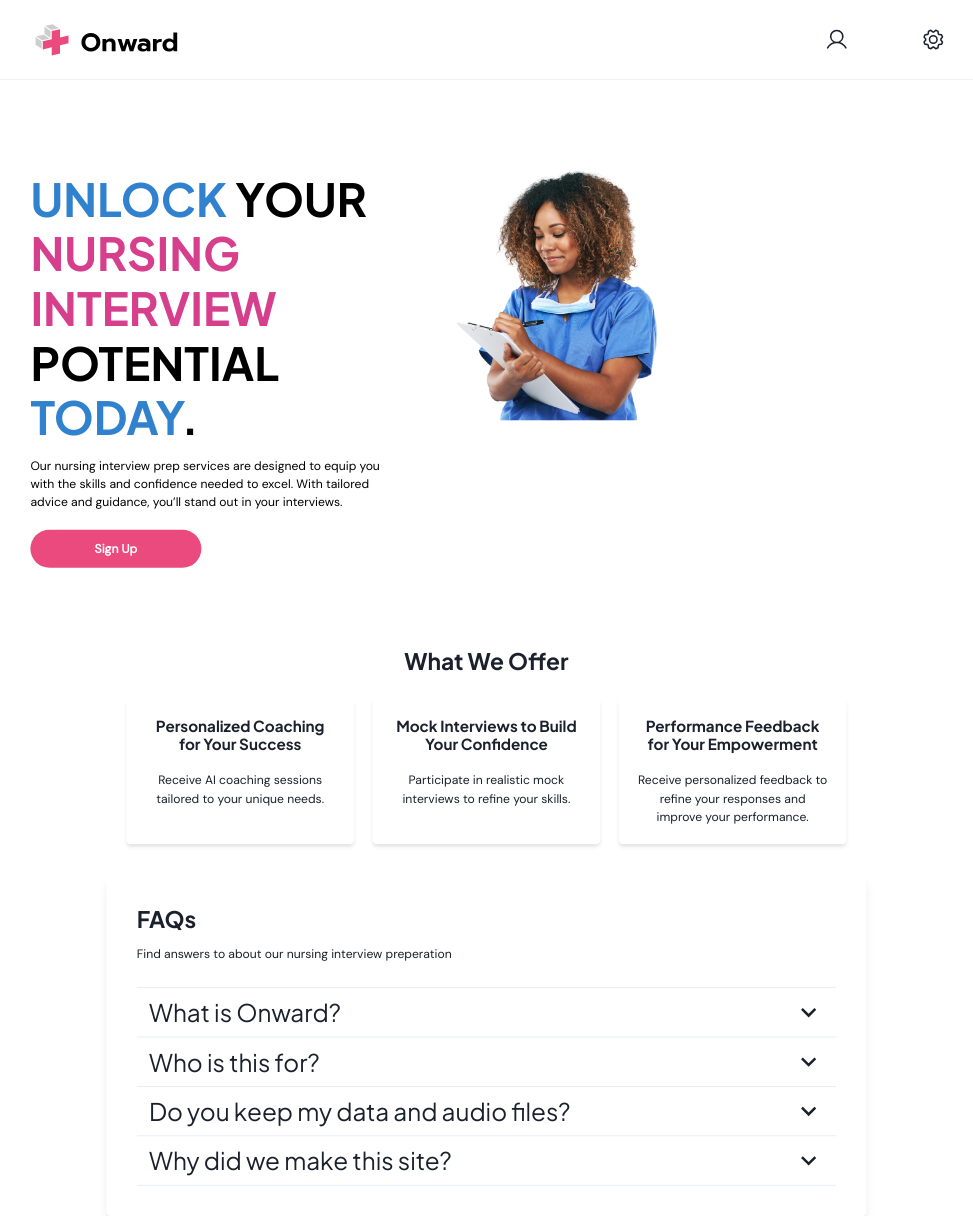
Repository: Aladdin3r/onward
Page: /landing-page
The author's editor kept a copy of each file at every save. The page is drawn from the files as they stood at one save, then again after a run of saves.
The browser window is 1280 px wide. The pictures show the whole page, at 76% of full size.
The project was rebuilt for these pictures with package versions that can differ from the ones it lists, and the page was loaded fresh each time. The framework's server and built-in components were replaced by stand-ins that run in the browser. Also part of the build but not shown: next.config.mjs, styles/components/AppTopNav.js, styles/components/Layout.js.

Above is the page before, as saved 2024-10-29 02:01:51.

### pages/_app.js
import { ChakraProvider } from "@chakra-ui/react";
import theme from "@/styles/theme";

function MyApp({ Component, pageProps }) {
  return (
    <ChakraProvider theme={theme}>
      <Component {...pageProps} />
    </ChakraProvider>
  );
}

export default MyApp;

### pages/_document.js
import { Html, Head, Main, NextScript } from "next/document";

export default function Document() {
  return (
    <Html lang="en">
      <Head>
        <link
          href="https://fonts.googleapis.com/css2?family=DM+Sans:wght@400&family=Plus+Jakarta+Sans:wght@400;600;700&display=swap"
          rel="stylesheet"
        />
      </Head>
      <body>
        <Main />
        <NextScript />
      </body>
    </Html>
  );
}

### pages/landing-page.js
import {
    Box,
    Flex,
    Heading,
    Text,
    Stack,
    Button,
    Accordion,
    AccordionItem,
    AccordionButton,
    AccordionPanel,
    AccordionIcon,
    Image
} from "@chakra-ui/react";
import Layout from "@/styles/components/Layout";
import TopNav from "@/styles/components/TopNav";
import AppTopNav from "@/styles/components/AppTopNav";
import { useRouter } from 'next/router';

export default function Home() {
    const router = useRouter();

    // Button action function
    const handleSignUp = () => {
        router.push('/signup'); // Navigate to the sign-up page
    };

    return (
        <>
            {/* Hero Section */}
            <TopNav />
            <Box color="black" p={10} textAlign="left" mt="20">

                <Flex>
                    <Heading fontFamily="heading" fontSize="6xl" fontWeight="bold" width="45%" mb={4}>
                        <Text as="span" color="blue.500">UNLOCK </Text>
                        <Text as="span" color="black">YOUR </Text>
                        <Text as="span" color="pink.500">NURSING INTERVIEW </Text>
                        <Text as="span" color="black">POTENTIAL </Text>
                        <Text as="span" color="blue.500">TODAY</Text>
                        <Text as="span" color="black">. </Text>
                    </Heading>

                    <Image
                        src="/images/nurse-img.png"
                        alt="IPad Nurse"
                        width="300px"
                        height="328px"
                        objectFit="cover"
                    />

                </Flex>




                <Text fontFamily="body" fontSize="x" color="black" mb={6} width="40%">
                    Our nursing interview prep services are designed to equip you with the skills and confidence needed to excel. With tailored advice and guidance, you’ll stand out in your interviews.
                </Text>
                <Button
                    mt="2"
                    bg="#EA4A7D"
                    color="#FFFFFF"
                    width="50%"
                    height="50px"
                    maxW="225px"
                    fontWeight="semibold"
                    fontSize="16px"
                    borderRadius="full"
                    px="6"
                    mb="6"
                >
                    Sign Up
                </Button>
            </Box>

            {/* What We Offer Section */}
            <Box p={10} textAlign="center" >
                <Heading fontFamily="heading" fontSize="3xl" mb={8}>What We Offer</Heading>
                <Flex justify="center" gap={6}>
                    <Stack width="300px" borderRadius="md" boxShadow="md" p={6} textAlign="center">
                        <Heading fontFamily="heading" fontSize="xl" mb={4}>Personalized Coaching for Your Success</Heading>
                        <Text fontFamily="body">
                            Receive AI coaching sessions tailored to your unique needs.
                        </Text>
                    </Stack>
                    <Stack width="300px" borderRadius="md" boxShadow="md" p={6} textAlign="center">
                        <Heading fontFamily="heading" fontSize="xl" mb={4}>Mock Interviews to Build Your Confidence</Heading>
                        <Text fontFamily="body">
                            Participate in realistic mock interviews to refine your skills.
                        </Text>
                    </Stack>
                    <Stack width="300px" borderRadius="md" boxShadow="md" p={6} textAlign="center">
                        <Heading fontFamily="heading" fontSize="xl" mb={4}>Performance Feedback for Your Empowerment</Heading>
                        <Text fontFamily="body">
                            Receive personalized feedback to refine your responses and improve your performance.
                        </Text>
                    </Stack>
                </Flex>
            </Box>

            {/* FAQ Section */}
            <Box p={10} borderRadius="md" boxShadow="lg" maxW="1000px" mx="auto">
                <Heading fontFamily="heading" fontSize="3xl" textAlign="left" mb={4}>FAQs</Heading>
                <Text fontFamily="body" fontSize="s" textAlign="left" mb={8}>
                    Find answers to about our nursing interview preperation
                </Text>
                <Accordion allowToggle>
                    <AccordionItem>
                        <h2>
                            <AccordionButton>
                                <Box as="span" flex="1" textAlign="left" fontFamily="heading">What is Onward?</Box>
                                <AccordionIcon />
                            </AccordionButton>
                        </h2>
                        <AccordionPanel pb={4} fontFamily="body">
                            Onward is an AI-powered personal interview coach designed for nurses to enhance their job interview skills.
                        </AccordionPanel>
                    </AccordionItem>
                    <AccordionItem>
                        <h2>
                            <AccordionButton>
                                <Box as="span" flex="1" textAlign="left" fontFamily="heading">Who is this for?</Box>
                                <AccordionIcon />
                            </AccordionButton>
                        </h2>
                        <AccordionPanel pb={4} fontFamily="body">
                            This service is designed for nurses, especially those new to the Canadian healthcare system.
                        </AccordionPanel>
                    </AccordionItem>
                    <AccordionItem>
                        <h2>
                            <AccordionButton>
                                <Box as="span" flex="1" textAlign="left" fontFamily="heading">Do you keep my data and audio files?</Box>
                                <AccordionIcon />
                            </AccordionButton>
                        </h2>
                        <AccordionPanel pb={4} fontFamily="body">
                            Yes, we securely store data as per our privacy policy to enhance your interview coaching experience.
                        </AccordionPanel>
                    </AccordionItem>
                    <AccordionItem>
                        <h2>
                            <AccordionButton>
                                <Box as="span" flex="1" textAlign="left" fontFamily="heading">Why did we make this site?</Box>
                                <AccordionIcon />
                            </AccordionButton>
                        </h2>
                        <AccordionPanel pb={4} fontFamily="body">
                            Onward aims to empower nurses by providing interview preparation tools tailored to their needs.
                        </AccordionPanel>
                    </AccordionItem>
                </Accordion>
            </Box>
        </>
    );
}

### styles/theme.js
import { extendTheme } from "@chakra-ui/react";
import { theme as chakraTheme } from "@chakra-ui/react";
import Button from './components/Button';
import { Stepper } from "@chakra-ui/react";

const fonts = {
    ...chakraTheme.fonts,
    body: "DM Sans",
    heading: "Plus Jakarta Sans",
}

const overrides = {
    ...chakraTheme,
    fonts,
    components: {
        Button: {
            ...Button,
        },
    },
    fontWeights: {
        normal: 400,
        medium: 500,
        bold: 700,
    },
    fontSizes: {
        xxs: "14pt",
        xs: "16pt",
        sm: "20pt",
        md: "24pt",
        lg: "32pt",
    },
    colors: {
       brand: {
        blushPink: "#EA4A7D",
        pastelBlue: "#CBD5FF",
        blueberryCreme: "#EBEFFF",
        frostWhite: "#FAFAFA",
        nightBlack: "#1f1f1f",
        platinum: "#e2e2e2",
        confirmationGreen: "#61CD3D",
        imperialRed: "EA4A4D",
        canaryYellow: "#EAE84A",
        oceanBlue: "#214DDF",
        pureWhite: "#FFFFFF"
        }
    },
    styles: {
        global: {
            body: {
                bg: "frostWhite",
            },
        },
    },
}

const customTheme = extendTheme(overrides);

export default customTheme;

### styles/components/TopNav.js
'use client'
import {
    Box,
    Flex,
    useColorModeValue,
    IconButton,
    Image,
    Link,
} from "@chakra-ui/react";
import { User, Gear } from "@phosphor-icons/react";

export default function TopNav() {
    const bgColor = useColorModeValue('#fff', 'brand.nightBlack');

    return (
        <Box bg={bgColor} px={4} borderBottom="1px solid #E6EAF2">
            <Flex h={"104px"} alignItems={'center'} justifyContent={'space-between'}>
                <Box fontSize={{ base: 'md', md: 'lg' }}>
                    <Link href="/">
                        <Image src="logo.svg" boxSize="253px" alt="Onward Logo" style={{ padding: "30px" }} />
                    </Link>
                </Box>
                <Flex alignItems={'center'}>
                    <Link href="/user">
                        <IconButton
                            aria-label="User settings"
                            icon={<User />}
                            variant="ghost"
                            mr="55px"
                        />
                    </Link>
                    <Link href="/settings">
                        <IconButton
                            aria-label="Settings"
                            icon={<Gear />}
                            variant="ghost"
                        />
                    </Link>
                </Flex>
            </Flex>
        </Box>
    );
}

### styles/components/Button.js
const Button = {
    baseStyle: {
      display: 'flex',
      borderRadius: '999px',
      fontFamily: 'DM Sans',
      _hover: {
        boxShadow: '0px 4px 4px 0px rgba(0, 0, 0, 0.45)',
      },
      padding: 3,
    },
    sizes: {
      xs: {
        fontSize: ['12pt', '14pt', '16pt'], // Responsive font sizes for xs
        px: [2, 3], // Responsive padding
      },
      sm: {
        fontSize: ['14pt', '16pt', '20pt'],
        px: [2, 4],
      },
      md: {
        fontSize: ['16pt', '20pt', '24pt'],
        px: [3, 5],
      },
      lg: {
        fontSize: ['20pt', '28pt', '32pt'],
        px: [4, 6],
      },
    },
    variants: {
      lgPrimary: {
        bg: 'brand.blushPink',
        color: 'brand.frostWhite',
        width: ['100%', '325px'], // 100% width on smaller screens
        height: '72px',
        fontSize: ['20pt', '28pt', '32pt'], // Responsive font size
        borderRadius: '999px',
      },
      mdPrimary: {
        bg: 'brand.blushPink',
        color: 'brand.frostWhite',
        width: ['100%', '225px'],
        height: '72px',
        fontSize: ['16pt', '20pt', '24pt'],
        borderRadius: '999px',
      },
      smPrimary: {
        bg: 'brand.blushPink',
        color: 'brand.frostWhite',
        width: ['100%', '150px'],
        height: '64px',
        fontSize: ['14pt', '16pt', '20pt'],
        borderRadius: '999px',
      },
      xsPrimary: {
        bg: 'brand.blushPink',
        color: 'brand.frostWhite',
        width: ['100%', '117px'],
        height: '32px',
        fontSize: ['12pt', '14pt', '18pt'],
        borderRadius: '999px',
      },
      lgSecondary: {
        bg: 'brand.platinum',
        color: 'brand.nightBlack',
        width: ['100%', '325px'],
        height: '72px',
        fontSize: ['20pt', '28pt', '32pt'],
        borderRadius: '999px',
        _hover: {
          bg: 'brand.blushPink',
          color: 'brand.frostWhite',
          boxShadow: '0px 4px 4px 0px rgba(0, 0, 0, 0.45)',
        },
      },
      mdSecondary: {
        bg: 'brand.platinum',
        color: 'brand.nightBlack',
        width: ['100%', '225px'],
        height: '72px',
        fontSize: ['16pt', '20pt', '24pt'],
        borderRadius: '999px',
        _hover: {
          bg: 'brand.blushPink',
          color: 'brand.frostWhite',
          boxShadow: '0px 4px 4px 0px rgba(0, 0, 0, 0.45)',
        },
      },
      smSecondary: {
        bg: 'brand.platinum',
        color: 'brand.nightBlack',
        width: ['100%', '150px'],
        height: '64px',
        fontSize: ['14pt', '16pt', '20pt'],
        borderRadius: '999px',
        _hover: {
          bg: 'brand.blushPink',
          color: 'brand.frostWhite',
          boxShadow: '0px 4px 4px 0px rgba(0, 0, 0, 0.45)',
        },
      },
      xsSecondary: {
        bg: 'brand.platinum',
        color: 'brand.nightBlack',
        width: ['100%', '117px'],
        height: '32px',
        fontSize: ['12pt', '14pt', '18pt'],
        borderRadius: '999px',
        _hover: {
          bg: 'brand.blushPink',
          color: 'brand.frostWhite',
          boxShadow: '0px 4px 4px 0px rgba(0, 0, 0, 0.45)',
        },
      },
    },
  };

  export default Button;

### styles/components/SideNav.js
import { useState } from "react";
import PropTypes from "prop-types";
import Link from "next/link";
import { Box, Flex, Text, VStack, Image } from "@chakra-ui/react";
import { ChalkboardTeacher, ClockCounterClockwise, UserSound, Presentation, User, Gear } from "@phosphor-icons/react";

// Define each variant and associated icon, label, and path(s)
const variants = {
  default: {
    label: "Dashboard",
    icon: <UserSound size={32} />,
    path: "/"
  },
  variant2: {
    label: "Mock Interview",
    icon: <ChalkboardTeacher size={32} />,
    path: "/mock-interview"
  },
  variant3: {
    label: "Practice Interview",
    icon: <Presentation size={32} />,
    path: [
      "/practice-interview",
      "/practice-interview-filter",
      "/practice-interview-questions",
      "/practice-interview-answer",
      "/practice"
    ]
  },
  variant4: {
    label: "History",
    icon: <ClockCounterClockwise size={32} />,
    path: "/history"
  },
};

// Define the bottom section items with default values
const defaultBottomVariants = {
  account: {
    label: "Account",
    icon: <User size={18} />,
    path: "/account"
  },
  settings: {
    label: "Settings",
    icon: <Gear size={18} />,
    path: "/settings"
  },
  signOut: {
    label: "Sign Out",
    icon: null,
    path: "/"
  }
};

// Main SideNavBar component
export const SideNavBar = ({ activeVariant, bottomVariants = defaultBottomVariants }) => {
  return (
    <Flex
      bg="brand.blueberryCreme"
      height="100vh"
      width="280px"
      position="fixed"
      flexDir="column"
    >
      {/* logo box */}
      <Box fontSize={{ base: 'sm', md: 'md' }} mt="1rem">
        <Link href="/">
          <Image src="logo.svg" alt="Onward Logo" style={{ padding: "0.6rem" }} width="100%" />
        </Link>
      </Box>

      {/* nav menu */}
      <Box mt="1.5rem" overflow="hidden">
        <VStack align="flex-start" spacing={2} width="100%" ml="10%">
          {variants && Object.keys(variants).map((variant) => {
            const isActive = activeVariant === variant;
            return (
              <Link href={Array.isArray(variants[variant].path) ? variants[variant].path[0] : variants[variant].path} key={variant} passHref>
                <Flex
                  align="center"
                  cursor="pointer"
                  width="280px"
                  bg={isActive ? "brand.blushPink" : "none"} // Active background
                  color={isActive ? "brand.frostWhite" : "initial"} // Active text color
                  p={3}
                  borderLeftRadius="26px"
                  transition="transform 0.5s ease-in-out, background-color 0.4s, color 0.4s"
                  _hover={{
                    bg: "brand.blushPink",
                    color: "brand.frostWhite",
                    borderRadius: "26px 0 0 26px",
                    transition: "background-color 0.3s, transform 0.3s",
                  }}
                >
                  <Box pl={isActive ? "5rem" : 0} mr={4}>
                    {variants[variant].icon}
                  </Box>
                  <Text fontFamily="body" fontSize="18px" fontWeight="bold">
                    {variants[variant].label}
                  </Text>
                </Flex>
              </Link>
            );
          })}
        </VStack>
      </Box>

      {/* Bottom Section for Account, Settings, and Sign Out Links */}
      <Box mb={2} mt="13rem" width="100%">
        <VStack width="100%" align="flex-end">
          {bottomVariants && Object.keys(bottomVariants).map((variant) => {
            const isActive = activeVariant === variant;
            return (
              <Link
                href={bottomVariants[variant].path}
                key={variant}
                passHref
              >
                <Flex
                  align="center"
                  cursor="pointer"
                  width="100%"
                  height="1.3rem"
                  bg={isActive ? "brand.blushPink" : "none"} // Active background
                  color={isActive ? "brand.frostWhite" : "initial"} // Active text color
                  borderRadius="md"
                  pr="1.5rem"
                  transition="transform 0.3s ease-in-out, background-color 0.3s, color 0.3s"
                  _hover={{
                    color: "brand.blushPink",
                    borderRadius: "26px 0 0 26px",
                    transition: "background-color 0.3s, transform 0.3s",
                  }}
                >

                  <Box mr={3}>
                    {bottomVariants[variant].icon}
                  </Box>
                  <Text fontFamily="body" fontSize="18px" fontWeight="regular" textAlign="left"
                    textDecoration={variant === 'signOut' ? 'underline' : 'none'}
                  >
                    {bottomVariants[variant].label}
                  </Text>
                </Flex>
              </Link>
            );
          })}
        </VStack>
      </Box>
    </Flex>
  );
};

SideNavBar.propTypes = {
  activeVariant: PropTypes.oneOf(["variant4", "variant2", "variant3", "default"]),
  bottomVariants: PropTypes.object, // Define bottomVariants as an optional object
};

SideNavBar.defaultProps = {
  bottomVariants: {},
};

After the next 2 saves:
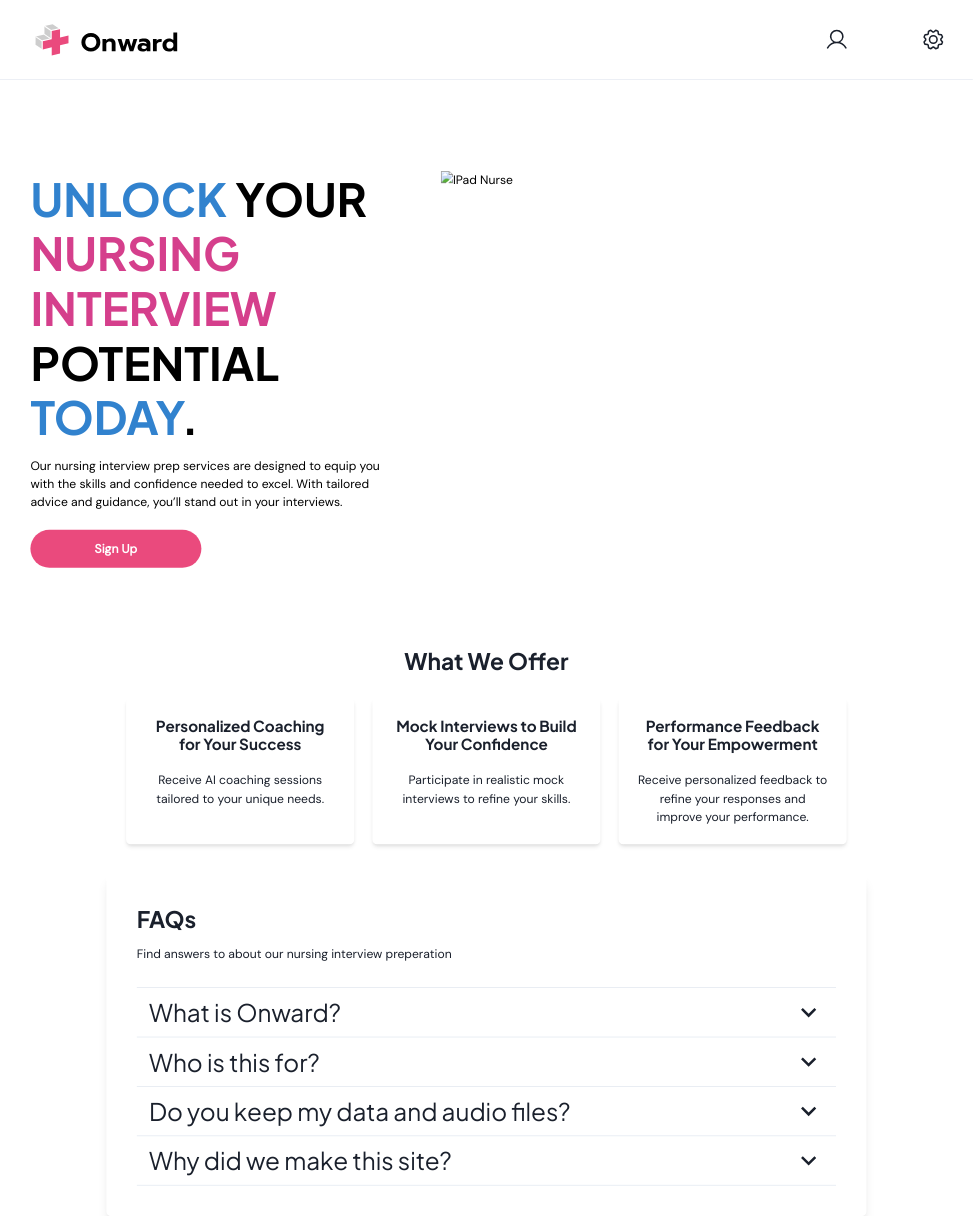
Not found: images/ipad-img.png
The 2 saves are shown as one change because they came seconds apart.
The last was saved 16 s later.
--- a/pages/landing-page.js
+++ b/pages/landing-page.js
@@ -42,7 +42,7 @@
                     </Heading>
 
                     <Image
-                        src="/images/nurse-img.png"
+                        src="/images/ipad-img.png"
                         alt="IPad Nurse"
                         width="300px"
                         height="328px"

After the save that followed:
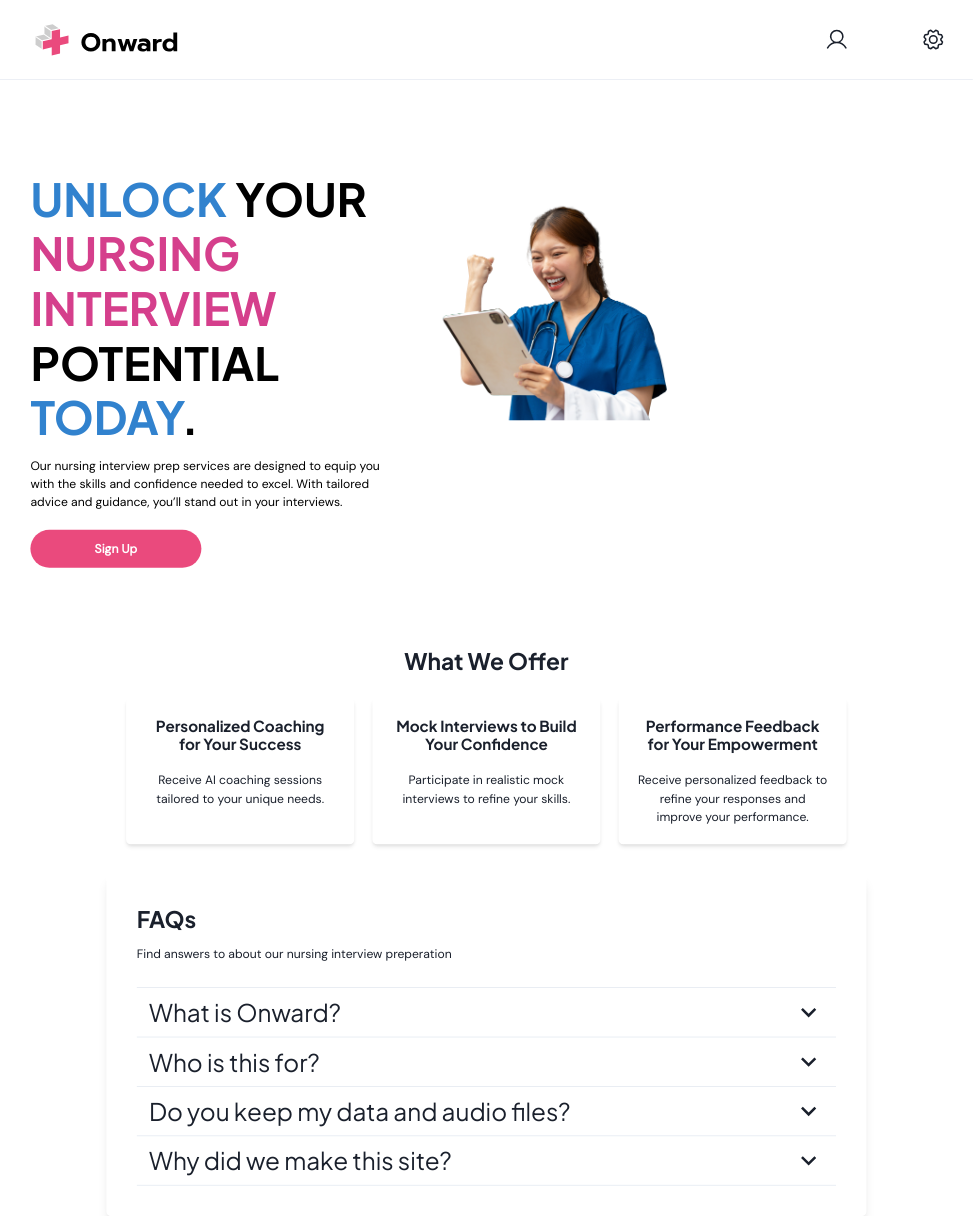
Saved 12 s later.
--- a/pages/landing-page.js
+++ b/pages/landing-page.js
@@ -42,7 +42,7 @@
                     </Heading>
 
                     <Image
-                        src="/images/ipad-img.png"
+                        src="/images/ipad-nurse.png"
                         alt="IPad Nurse"
                         width="300px"
                         height="328px"
